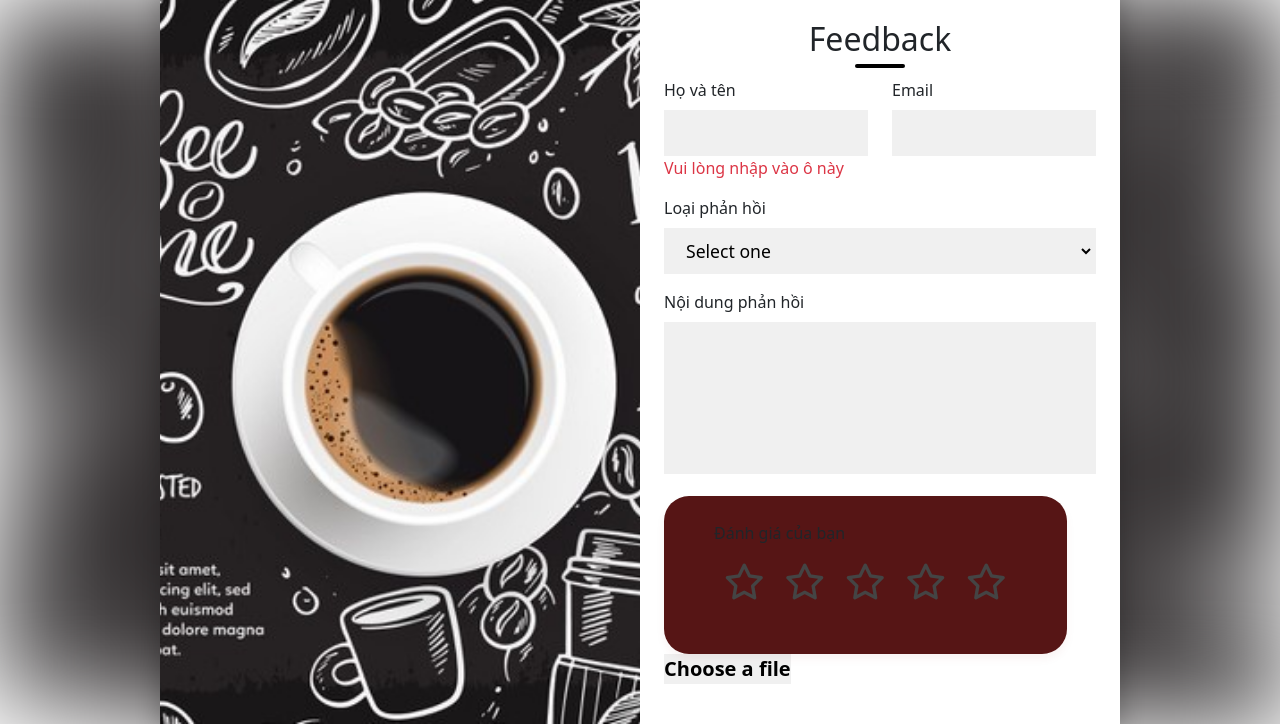
Repository: LeDongGyC/html-css
Page: HTML CSS/prototype/index.html
An editor plug-in stored every save of this project. The page is shown before and after the next save, followed by the edit.
The browser window is 1280 px wide. The pictures show the whole page.
Some web libraries are served in a nearby version. The style sheet was rebuilt from its Sass, Less or Tailwind sources for each picture, by a compiler version that may differ from the author's.

Above is the page before, as saved 2023-05-24 12:14:29.

After the next save:
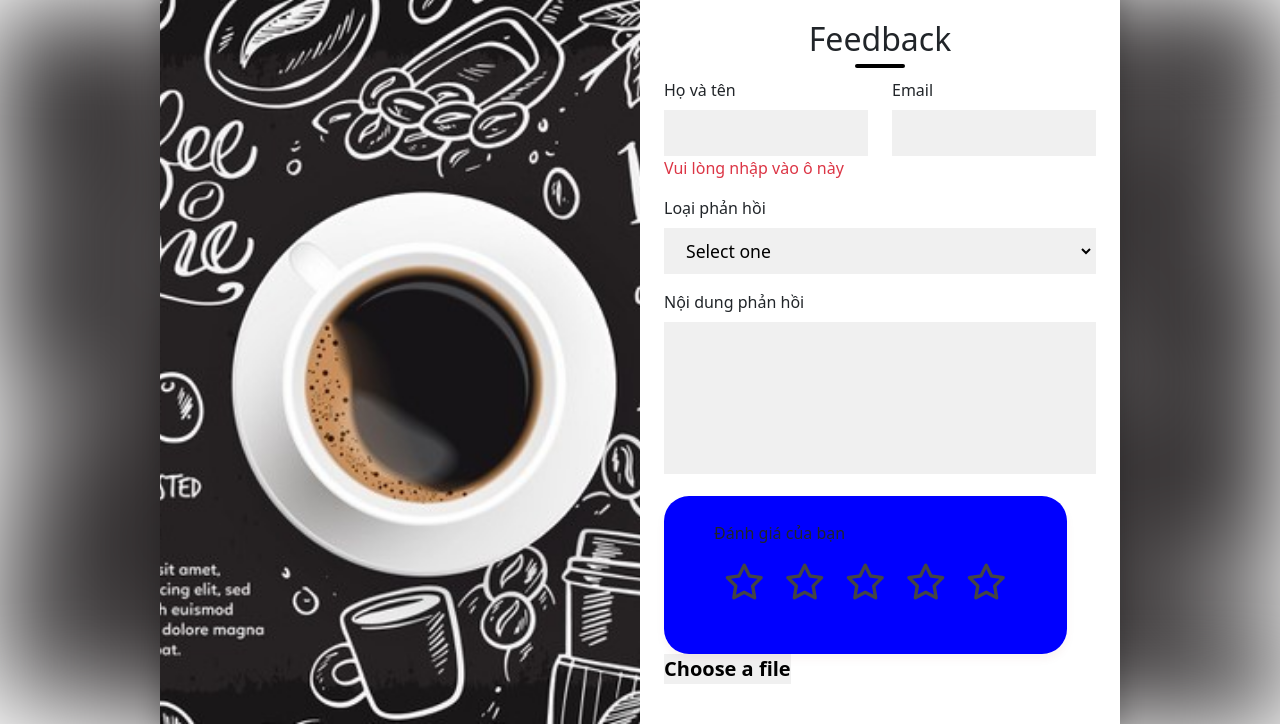
Saved 12 s later.
--- a/HTML CSS/prototype/style.scss
+++ b/HTML CSS/prototype/style.scss
@@ -120,7 +120,7 @@ div.stars {
   // width: 270px;
   display: inline-block;
   position: relative;
-  background: #561515;
+  background: blue;
   padding: 25px 50px 35px;
   border-radius: 25px;
   box-shadow: 0 5px 10px rgba(145, 25, 25, 0.05);
